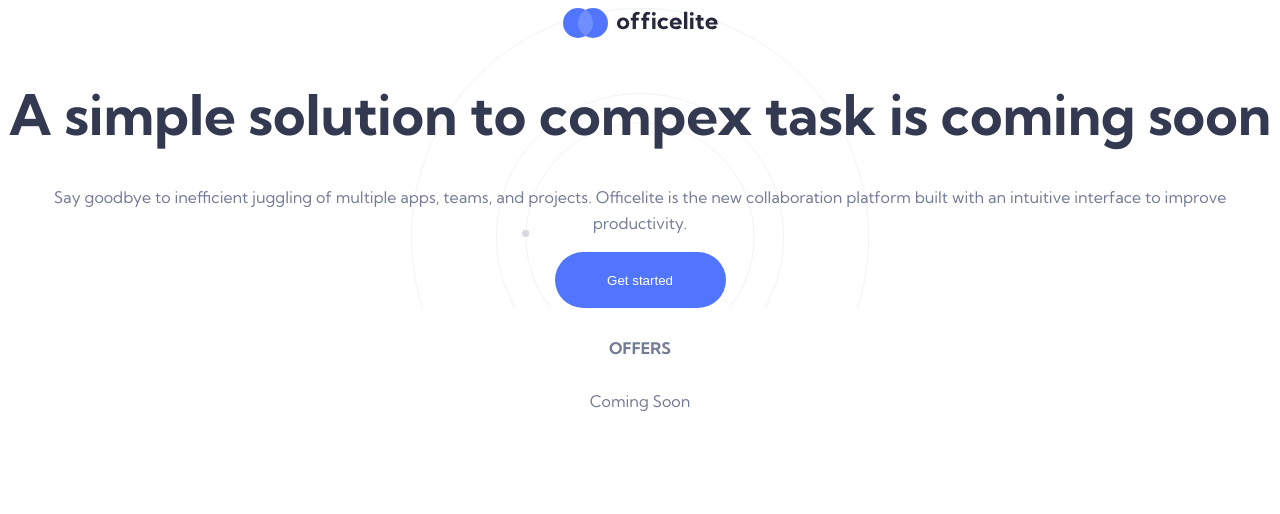
Repository: jodelajo/frontend-css-challenge
Page: index.html
An editor plug-in stored every save of this project. The page is shown before and after the next save, followed by the edit.
The browser window is 1280 px wide. The pictures show the whole page.

Above is the page before, as saved 2022-02-28 13:14:36.

After the next save:
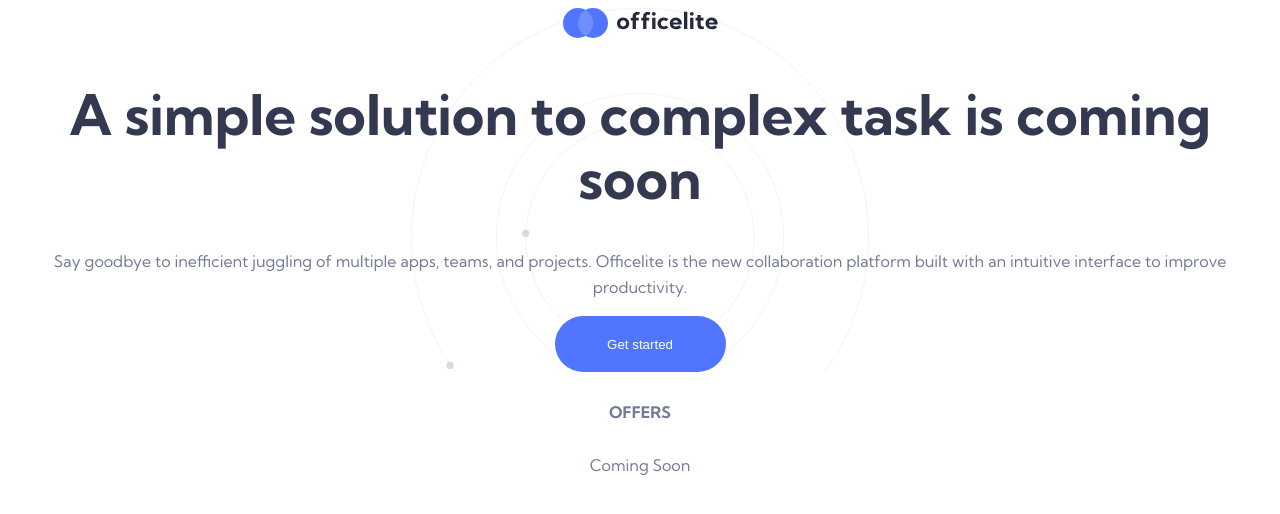
Saved 31 s later.
--- a/index.html
+++ b/index.html
@@ -25,7 +25,7 @@
         <div>
           <img src="./assets/shared/logo.svg" alt="logo-officelite" />
         </div>
-        <h1>A simple solution to compex task is coming soon</h1>
+        <h1>A simple solution to complex task is coming soon</h1>
         <p>
           Say goodbye to inefficient juggling of multiple apps, teams, and
           projects. Officelite is the new collaboration platform built with an
